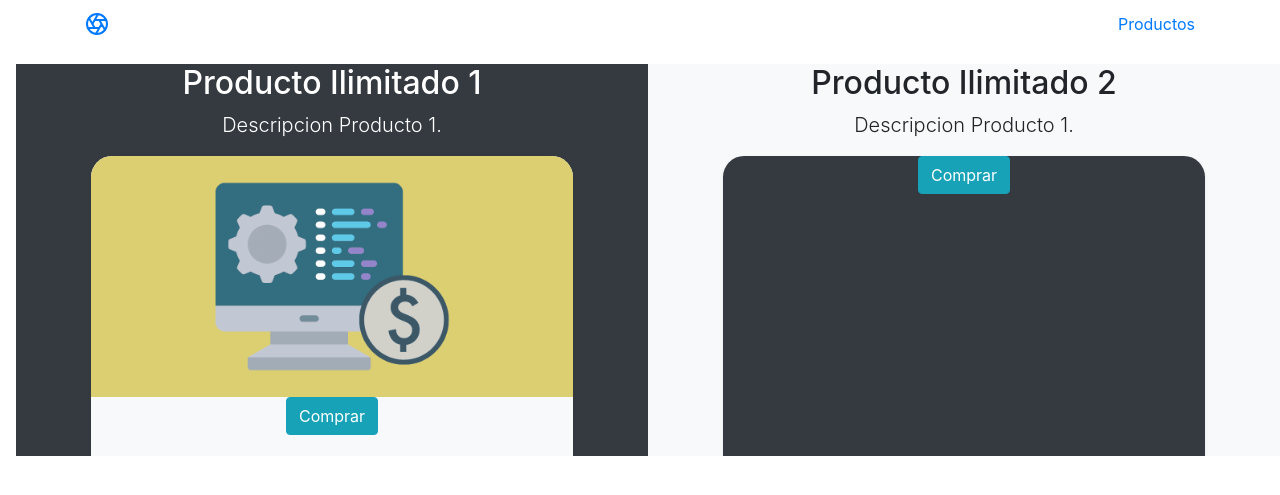
Repository: mapp1990/pasarela
Page: http://localhost/producto
The author's editor kept a copy of each file at every save. The page is drawn from the files as they stood at one save, then again after the next save.
The browser window is 1280 px wide. The pictures show the whole page.
The page is served by the project's Laravel application, run on PHP 8.4 with Laravel 9. Other server files are loaded and not shown.

Above is the page before, as saved 2022-05-27 17:46:40.

### routes/web.php
<?php

use Illuminate\Support\Facades\Route;
use App\Http\Controllers\ProductoController;
/*
|--------------------------------------------------------------------------
| Web Routes
|--------------------------------------------------------------------------
|
| Here is where you can register web routes for your application. These
| routes are loaded by the RouteServiceProvider within a group which
| contains the "web" middleware group. Now create something great!
|
*/

Route::get('/', function () {
    return view('welcome');
});

Route::get('/producto', [ProductoController::class, 'index']);

### app/Http/Controllers/ProductoController.php
<?php

namespace App\Http\Controllers;

use Illuminate\Http\Request;

class ProductoController extends Controller
{
    public function index(){ return view( 'productos' ); }
}

### resources/views/productos.blade.php
<!doctype html>
<link rel="stylesheet" href="https://cdn.jsdelivr.net/npm/bootstrap@4.6.1/dist/css/bootstrap.min.css" integrity="sha384-zCbKRCUGaJDkqS1kPbPd7TveP5iyJE0EjAuZQTgFLD2ylzuqKfdKlfG/eSrtxUkn" crossorigin="anonymous">
<html lang="es">
  <head>
    <meta charset="utf-8">
    <meta name="viewport" content="width=device-width, initial-scale=1">
    <title>Bootstrap demo</title>
  </head>
  <body class="body">
    <nav class="site-header sticky-top py-1">
        <div class="container d-flex flex-column flex-md-row justify-content-between">
            <a class="py-2" href="#" aria-label="Product">
            <svg xmlns="http://www.w3.org/2000/svg" width="24" height="24" fill="none" stroke="currentColor" stroke-linecap="round" stroke-linejoin="round" stroke-width="2" class="d-block mx-auto" role="img" viewBox="0 0 24 24" focusable="false"><title>Product</title><circle cx="12" cy="12" r="10"></circle><path d="M14.31 8l5.74 9.94M9.69 8h11.48M7.38 12l5.74-9.94M9.69 16L3.95 6.06M14.31 16H2.83m13.79-4l-5.74 9.94"></path></svg>
            </a>
            <a class="py-2 d-none d-md-inline-block" href="#">Productos</a>
        </div>
    </nav>

    <div class="d-md-flex flex-md-equal w-100 my-md-3 pl-md-3">

        <div class="bg-dark col-6 text-center text-white overflow-hidden">
            <div class="my-6 py-6">
                <h2 class="display-5">Producto Ilimitado 1</h2>
                <p class="lead">Descripcion Producto 1.</p>
            </div>
            <div class="bg-light shadow-sm mx-auto" style="width: 80%; height: 300px; border-radius: 21px 21px 0 0;">
                <img src="producto.png" width="100%" style="border-radius: 21px 21px 0 0;">
                <button type="button" class="btn btn-info">Comprar</button>
            </div>
        </div>

        <div class="bg-light col-6 text-center overflow-hidden">
            <div class="my-6 p-6">
                <h2 class="display-5">Producto Ilimitado 2</h2>
                <p class="lead">Descripcion Producto 1.</p>
            </div>
            <div class="bg-dark shadow-sm mx-auto" style="width: 80%; height: 300px; border-radius: 21px 21px 0 0;">
                <button type="button" class="btn btn-info">Comprar</button>
            </div>
        </div>

    </div>

  </body>
</html>

Loaded but not shown: app/Providers/AppServiceProvider.php (common file); app/Http/Controllers/Controller.php (common file)

After the next save:
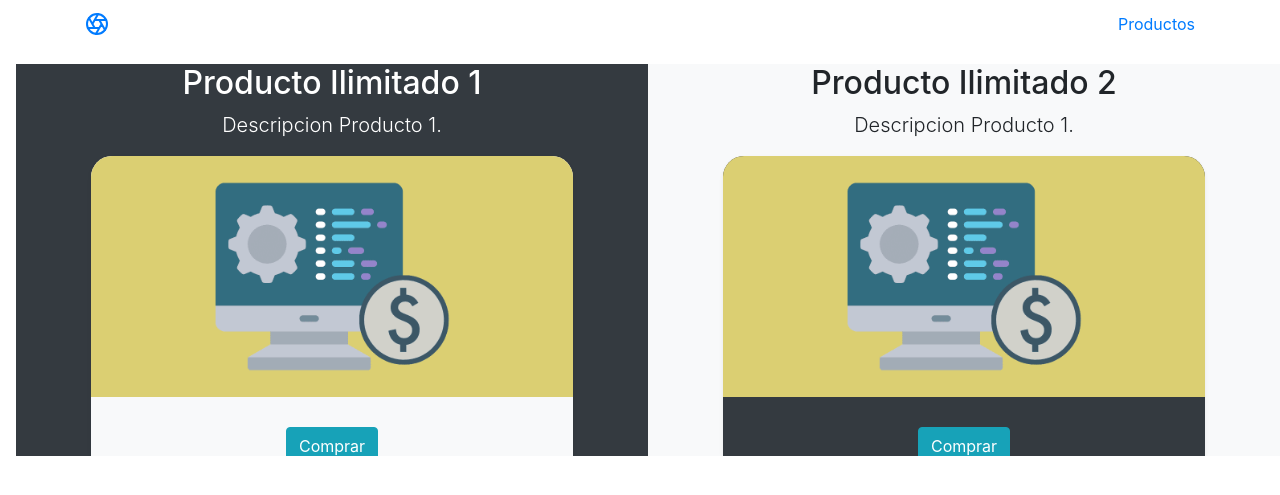
Saved 119 s later.
--- a/resources/views/productos.blade.php
+++ b/resources/views/productos.blade.php
@@ -25,7 +25,7 @@
             </div>
             <div class="bg-light shadow-sm mx-auto" style="width: 80%; height: 300px; border-radius: 21px 21px 0 0;">
                 <img src="producto.png" width="100%" style="border-radius: 21px 21px 0 0;">
-                <button type="button" class="btn btn-info">Comprar</button>
+                <button type="button" class="btn btn-info" style="margin-top: 30px;">Comprar</button>
             </div>
         </div>
 
@@ -35,7 +35,8 @@
                 <p class="lead">Descripcion Producto 1.</p>
             </div>
             <div class="bg-dark shadow-sm mx-auto" style="width: 80%; height: 300px; border-radius: 21px 21px 0 0;">
-                <button type="button" class="btn btn-info">Comprar</button>
+                <img src="producto.png" width="100%" style="border-radius: 21px 21px 0 0;">
+                <button type="button" class="btn btn-info" style="margin-top: 30px;">Comprar</button>
             </div>
         </div>
 
